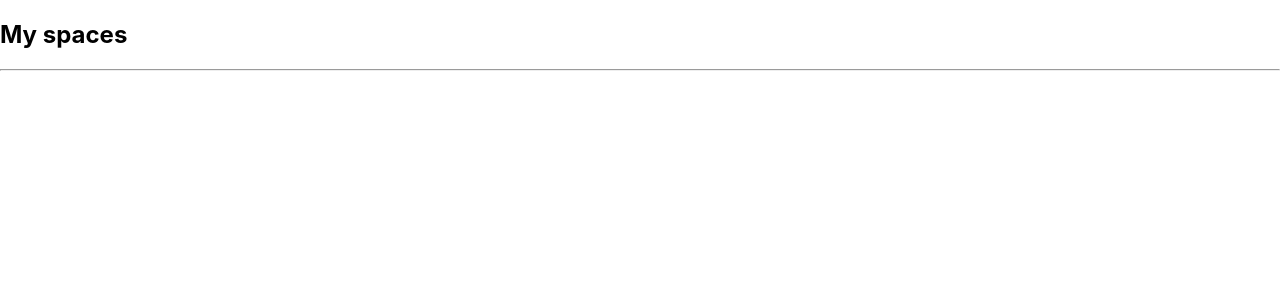
Repository: cflorido/Pre-parcial
Page: /
The author's editor kept a copy of each file at every save. The page is drawn from the files as they stood at one save, then again after a run of saves.
The browser window is 1280 px wide. The pictures show the whole page.
The page's requests for data from a server got no answer. The project was rebuilt for these pictures with package versions that can differ from the ones it lists, and the page was loaded fresh each time. No one was signed in, and anything a server would have sent is missing. Also part of the build but not shown: src/App.css, src/App.js, src/edificio.js.

Above is the page before, as saved 2025-03-13 18:06:35.

### src/index.js
import React from 'react';
import ReactDOM from 'react-dom/client';
import './index.css';
import App from './App';
import Componentes from "./componentes"
import reportWebVitals from './reportWebVitals';
import Container from "react-bootstrap/Container";
import Row from "react-bootstrap/Row";

const root = ReactDOM.createRoot(document.getElementById('root'));
root.render(
  <Container className="mt-3">
    <Row>
      <Componentes/>
    </Row>
  </Container>
);

// If you want to start measuring performance in your app, pass a function
// to log results (for example: reportWebVitals(console.log))
// or send to an analytics endpoint. Learn more: https://bit.ly/CRA-vitals
reportWebVitals();

### src/componentes.js

import Button from "react-bootstrap/Button";
import Card from "react-bootstrap/Card";
import Col from "react-bootstrap/Col";
import React, { useEffect, useState } from "react";
import Edificio from "./edificio"

export default function Componentes() {
    const [edificios, setcasas] = useState([]);

    useEffect(() => {
        const URL = "https://gist.githubusercontent.com/josejbocanegra/0067d2b28b009140fee423cfc84e40e6/raw/6e6b11160fbcacb56621b6422684d615dc3a0d33/spaces.json";
        fetch(URL)
          .then((data) => data.json())
          .then((data) => {
            setcasas(data);
          });
      }, []);


    return (
        <div className="container">
        <h2 className="mt-2">My spaces</h2>
        <hr></hr>
        <Col>
          {edificios.map((edificio) => (
            <Col key={edificio.id}>
              <Edificio edificio={edificio} />
            </Col>
          ))}
        </Col>
      </div>

    );
}

Loaded but not shown: public/index.html (common file); src/index.css (common file); src/reportWebVitals.js (common file)

After the next 2 saves:
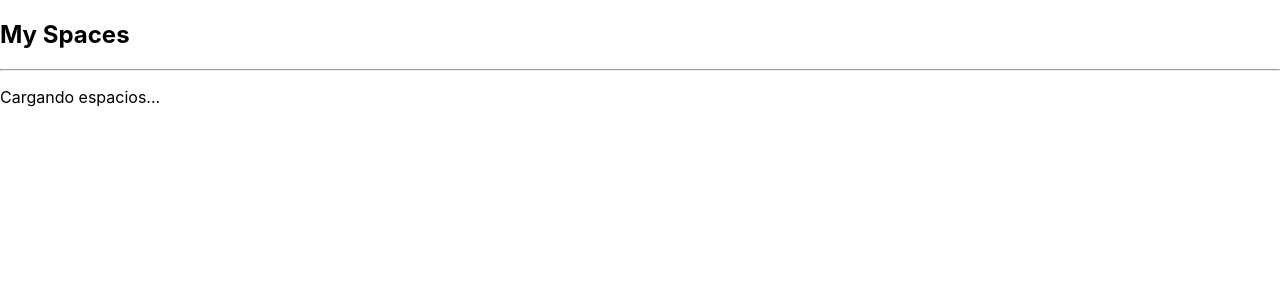
The 2 saves are shown as one change because 1 did not build or start.
The last was saved 2 min 1 s later.
--- a/src/componentes.js
+++ b/src/componentes.js
@@ -4,7 +4,7 @@ import Card from "react-bootstrap/Card";
 import Col from "react-bootstrap/Col";
 import React, { useEffect, useState } from "react";
 import Edificio from "./edificio"
-
+import Row from "react-bootstrap/Row";
 export default function Componentes() {
     const [edificios, setcasas] = useState([]);
 
@@ -18,18 +18,21 @@ export default function Componentes() {
       }, []);
 
 
-    return (
+      return (
         <div className="container">
-        <h2 className="mt-2">My spaces</h2>
-        <hr></hr>
-        <Col>
-          {edificios.map((edificio) => (
-            <Col key={edificio.id}>
-              <Edificio edificio={edificio} />
-            </Col>
-          ))}
-        </Col>
-      </div>
-
-    );
-}
+          <h2 className="mt-2">My Spaces</h2>
+          <hr />
+          <Row className="justify-content-center">
+            {edificios.length > 0 ? (
+              edificios.map((edificio) => (
+                <Col key={edificio.id} sm={6} md={4} lg={3} className="mb-3">
+                  <Edificio edificio={edificio} />
+                </Col>
+              ))
+            ) : (
+              <p>Cargando espacios...</p>
+            )}
+          </Row>
+        </div>
+      );
+    }
